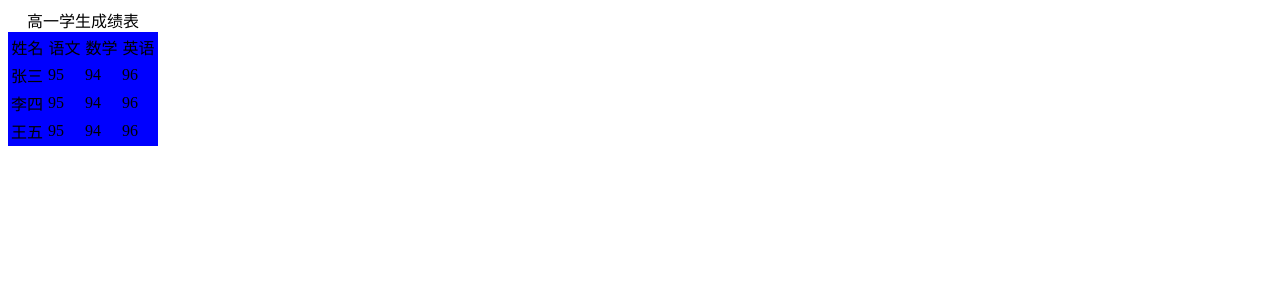
Repository: sheep9590/Test
Page: eclipse-workspace/Prj03/WebRoot/File1.html
These files come from the project's save history. The page is drawn as it stood at one moment and after the next save; the edit follows.
The browser window is 1280 px wide. The pictures show the whole page.

Above is the page before, as saved 2021-09-08 13:43:48.

### eclipse-workspace/Prj03/WebRoot/File1.html
<!DOCTYPE html>
<html>
<body>
<table bgcolor="#0000FF" width="150">
      <caption>高一学生成绩表</caption>
    <tr align="center">
    <td>姓名</td>
    <td>语文</td>
    <td>数学</td>
    <td>英语</td>
    </tr>
    <tr>
    <td>张三</td>
    <td>95</td>
    <td>94</td>
    <td>96</td>
    </tr>
    <tr>
    <td>李四</td>
    <td>95</td>
    <td>94</td>
    <td>96</td>
    </tr>
    <tr>
    <td>王五</td>
    <td>95</td>
    <td>94</td>
    <td>96</td>
    </tr>
</table>
</body>
</html>

After the next save:
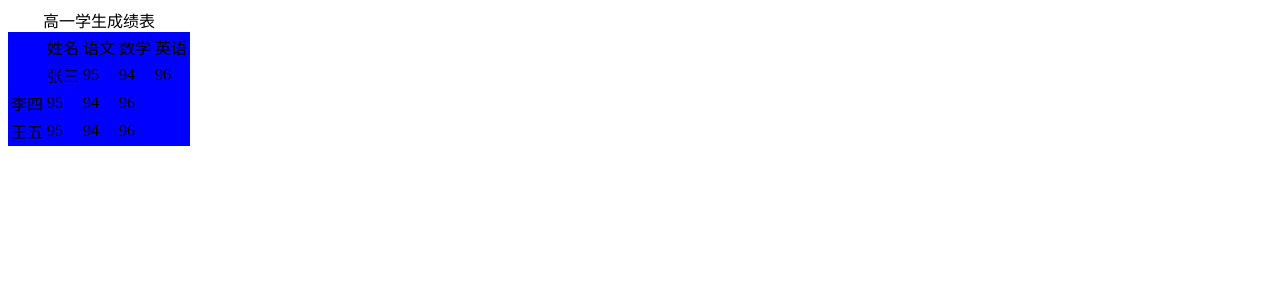
Saved 3 min 14 s later.
--- a/eclipse-workspace/Prj03/WebRoot/File1.html
+++ b/eclipse-workspace/Prj03/WebRoot/File1.html
@@ -1,9 +1,10 @@
 <!DOCTYPE html>
 <html>
 <body>
-<table bgcolor="#0000FF" width="150">
+<table bgcolor="#0000FF" >
       <caption>高一学生成绩表</caption>
-    <tr align="center">
+    <tr>
+    <td rowspan="2"></td>
     <td>姓名</td>
     <td>语文</td>
     <td>数学</td>
